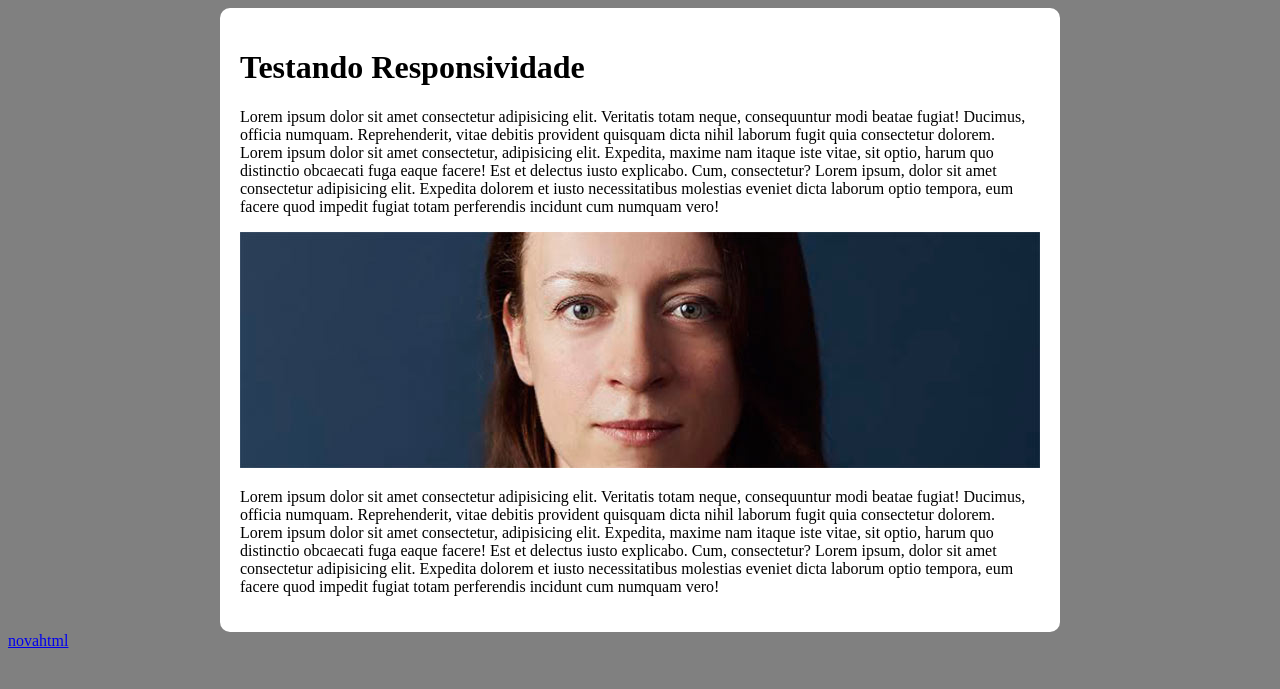
Repository: gustavotwist/html-css
Page: index.html
These files come from the project's save history. The page is drawn as it stood at one moment and after the next save; the edit follows.
The browser window is 1280 px wide. The pictures show the whole page.

Above is the page before, as saved 2024-04-24 21:16:13.

### index.html
<!DOCTYPE html>
<html lang="pt-br">
<head>
    <meta charset="UTF-8">
    <meta name="viewport" content="width=device-width, initial-scale=1.0">
    <title>Teste de Responsividade</title>
    <style>
        body {
            background-color: gray;
        }

        main {
            background-color: white;
            padding: 20px;
            border-radius: 10px;

            min-width: 300px;
            max-width: 800px;
            margin: auto;
        }

        img {
            width: 100%;
        }
    </style>
</head>
<body>
    <main>
        <h1>Testando Responsividade</h1>
        <p>Lorem ipsum dolor sit amet consectetur adipisicing elit. Veritatis totam neque, consequuntur modi beatae fugiat! Ducimus, officia numquam. Reprehenderit, vitae debitis provident quisquam dicta nihil laborum fugit quia consectetur dolorem. Lorem ipsum dolor sit amet consectetur, adipisicing elit. Expedita, maxime nam itaque iste vitae, sit optio, harum quo distinctio obcaecati fuga eaque facere! Est et delectus iusto explicabo. Cum, consectetur? Lorem ipsum, dolor sit amet consectetur adipisicing elit. Expedita dolorem et iusto necessitatibus molestias eveniet dicta laborum optio tempora, eum facere quod impedit fugiat totam perferendis incidunt cum numquam vero!</p>
        <picture>
            <source media="(max-width: 800px)" srcset="imagens/irina-blok-pq.jpg">
            <img src="imagens/irina-blok.jpg" alt="Irina Blok">
        </picture>
        <p>Lorem ipsum dolor sit amet consectetur adipisicing elit. Veritatis totam neque, consequuntur modi beatae fugiat! Ducimus, officia numquam. Reprehenderit, vitae debitis provident quisquam dicta nihil laborum fugit quia consectetur dolorem. Lorem ipsum dolor sit amet consectetur, adipisicing elit. Expedita, maxime nam itaque iste vitae, sit optio, harum quo distinctio obcaecati fuga eaque facere! Est et delectus iusto explicabo. Cum, consectetur? Lorem ipsum, dolor sit amet consectetur adipisicing elit. Expedita dolorem et iusto necessitatibus molestias eveniet dicta laborum optio tempora, eum facere quod impedit fugiat totam perferendis incidunt cum numquam vero!</p>
    </main>
    <a href="nova.html">novahtml</a>
</body>
</html>

After the next save:
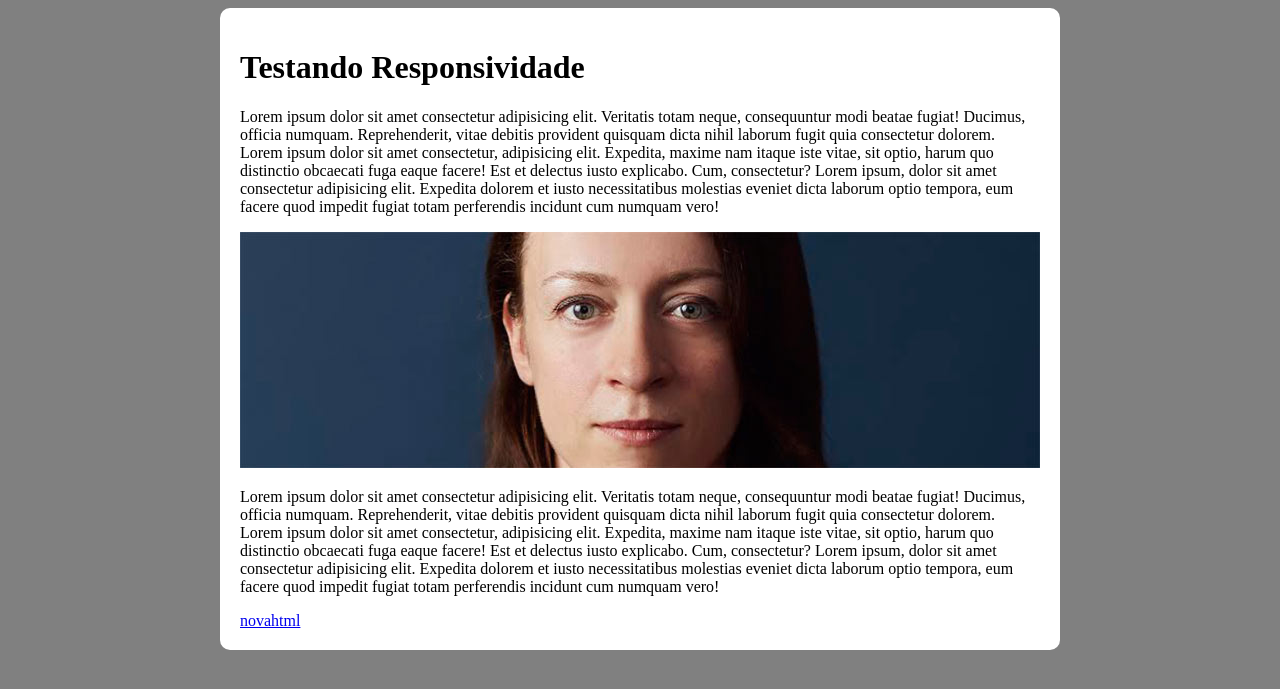
Saved 30 s later.
--- a/index.html
+++ b/index.html
@@ -32,8 +32,8 @@
             <source media="(max-width: 800px)" srcset="imagens/irina-blok-pq.jpg">
             <img src="imagens/irina-blok.jpg" alt="Irina Blok">
         </picture>
-        <p>Lorem ipsum dolor sit amet consectetur adipisicing elit. Veritatis totam neque, consequuntur modi beatae fugiat! Ducimus, officia numquam. Reprehenderit, vitae debitis provident quisquam dicta nihil laborum fugit quia consectetur dolorem. Lorem ipsum dolor sit amet consectetur, adipisicing elit. Expedita, maxime nam itaque iste vitae, sit optio, harum quo distinctio obcaecati fuga eaque facere! Est et delectus iusto explicabo. Cum, consectetur? Lorem ipsum, dolor sit amet consectetur adipisicing elit. Expedita dolorem et iusto necessitatibus molestias eveniet dicta laborum optio tempora, eum facere quod impedit fugiat totam perferendis incidunt cum numquam vero!</p>
+        <p>Lorem ipsum dolor sit amet consectetur adipisicing elit. Veritatis totam neque, consequuntur modi beatae fugiat! Ducimus, officia numquam. Reprehenderit, vitae debitis provident quisquam dicta nihil laborum fugit quia consectetur dolorem. Lorem ipsum dolor sit amet consectetur, adipisicing elit. Expedita, maxime nam itaque iste vitae, sit optio, harum quo distinctio obcaecati fuga eaque facere! Est et delectus iusto explicabo. Cum, consectetur? Lorem ipsum, dolor sit amet consectetur adipisicing elit. Expedita dolorem et iusto necessitatibus molestias eveniet dicta laborum optio tempora, eum facere quod impedit fugiat totam perferendis incidunt cum numquam vero!</p> <a href="nova.html">novahtml</a>
     </main>
-    <a href="nova.html">novahtml</a>
+
 </body>
 </html>
